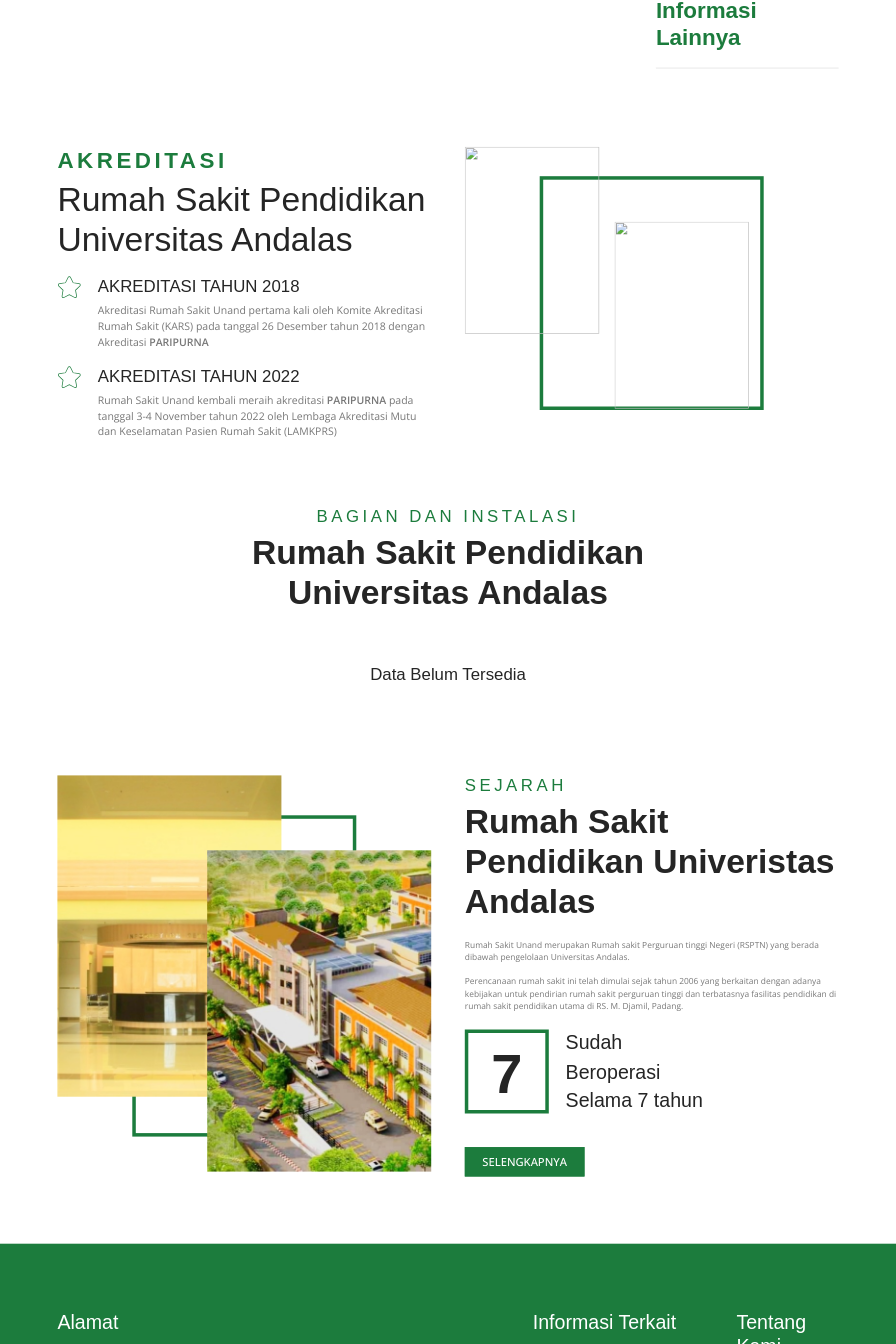
Repository: vivin-erialis/rsunand-site
Page: http://localhost/
The author's editor kept a copy of each file at every save. The page is drawn from the files as they stood at one save, then again after the next save.
The browser window is 1280 px wide. The pictures show the part of the page from y = 864 to 2784 px (the page is 3105 px tall before and 3087 px after), at 70% of full size.
Some web fonts or font styles are not loaded; a fallback is used. Some web libraries are served in a nearby version. The page is served by the project's Laravel application, run on PHP 8.4 with Laravel 12. Queries for data that is not in the repository find no rows.

Above is the page before, as saved 2024-06-10 09:14:59.
Console error: TypeError: Cannot read properties of undefined (reading 'version')

After the next save:
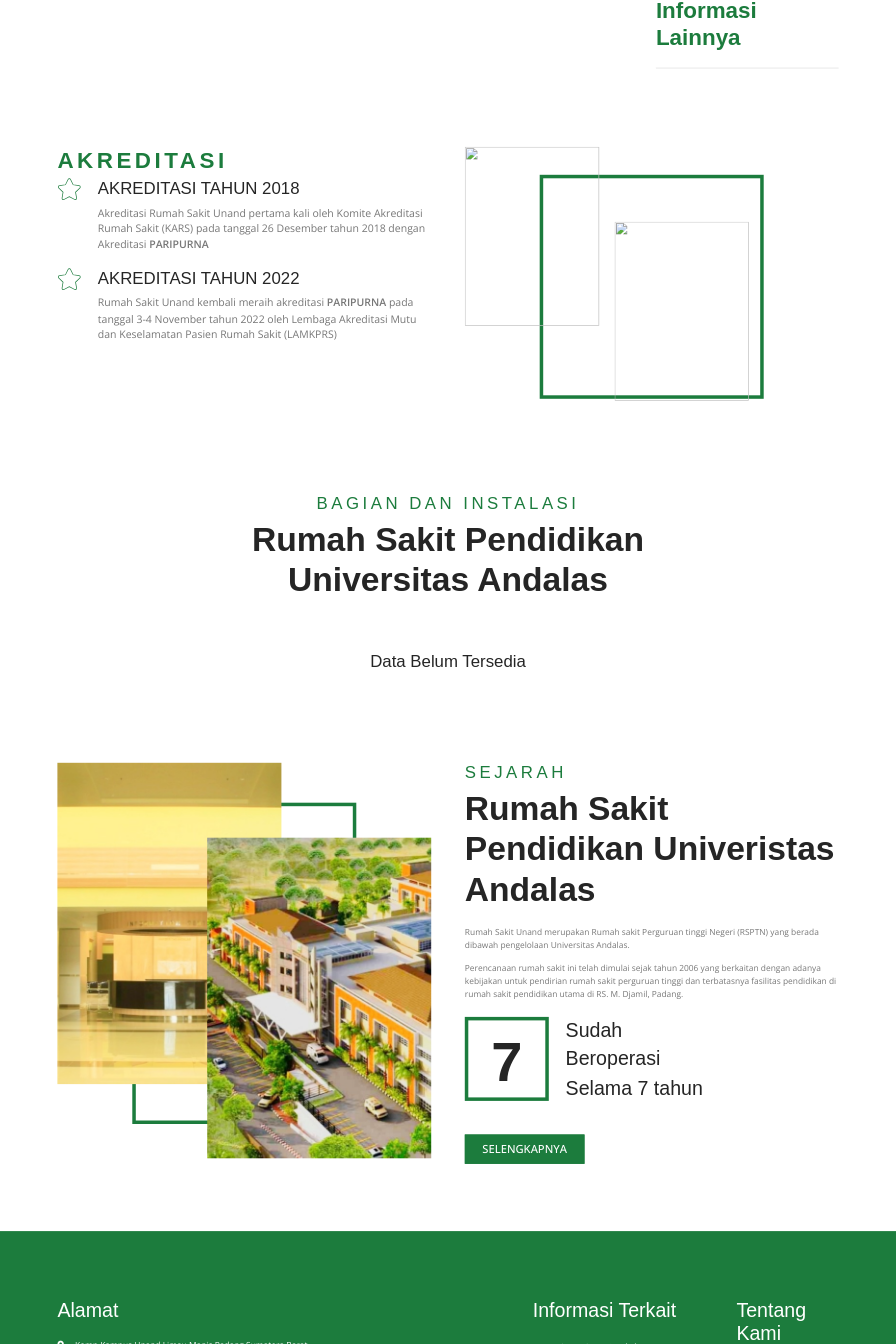
Saved 11 s later.
--- a/resources/views/Frontend/home.blade.php
+++ b/resources/views/Frontend/home.blade.php
@@ -225,7 +225,7 @@
             <div class="row g-5">
                 <div class="col-lg-6 wow fadeInUp" data-wow-delay="0.1s">
                     <h2 class="section-title">AKREDITASI</h2>
-                    <h5 class="display-5 mb-4">Rumah Sakit Pendidikan Universitas Andalas</h5>
+                    {{-- <h class="display-5 mb-4">Rumah Sakit Pendidikan Universitas Andalas</h> --}}
                     {{-- <p class="mb-4">Tempor erat elitr rebum at clita. Diam dolor diam ipsum sit. Aliqu diam amet diam et eos. Clita erat ipsum et lorem et sit, sed stet lorem sit clita duo justo magna dolore erat amet</p> --}}
                     <div class="row g-4">
                         <div class="col-12">
